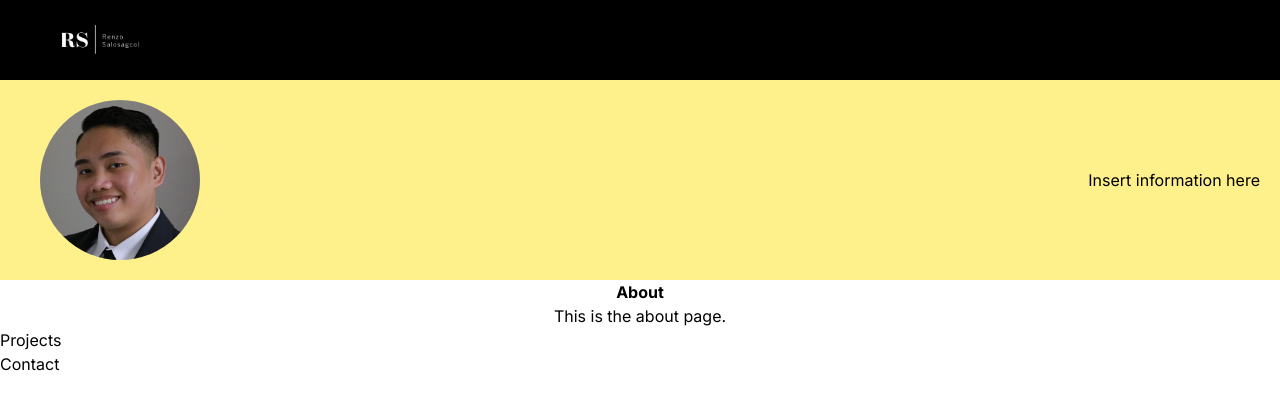
Repository: Renzo-Salosagcol/Portfolio-Website
Page: / (app in resume_website/)
These files come from the project's save history. The page is drawn as it stood at one moment and after the next save; the edit follows.
The browser window is 1280 px wide. The pictures show the whole page.
The project was rebuilt for these pictures with package versions that can differ from the ones it lists, and the page was loaded fresh each time. Also part of the build but not shown: resume_website/vite.config.js.

Above is the page before, as saved 2024-12-10 15:00:35.

After the next save:
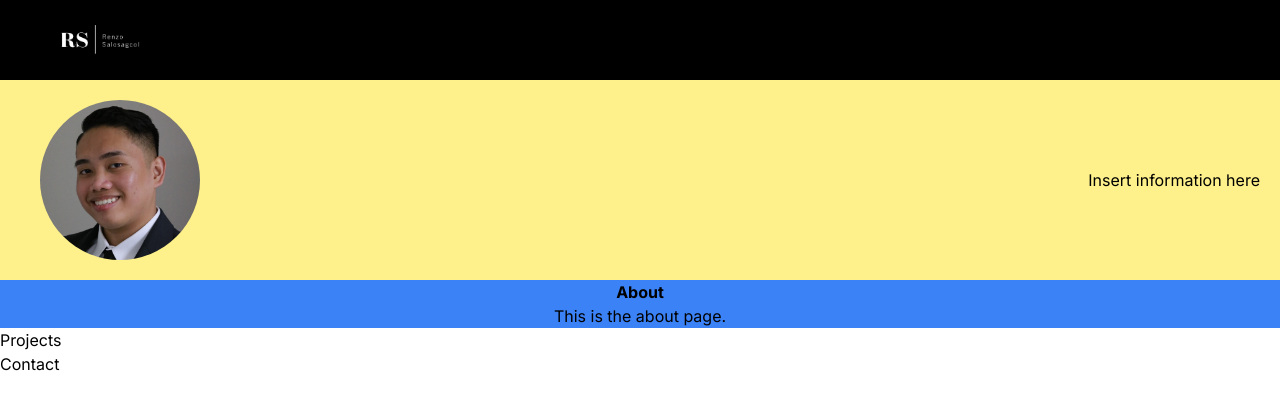
Saved 15 s later.
--- a/resume_website/src/components/about.jsx
+++ b/resume_website/src/components/about.jsx
@@ -1,6 +1,6 @@
 const About = () => {
   return (
-    <div className="flex flex-col items-center justify-center">
+    <div className="flex flex-col items-center justify-center bg-blue-500">
       <h1 className="font-bold">About</h1>
       <p className="">This is the about page.</p>
     </div>
